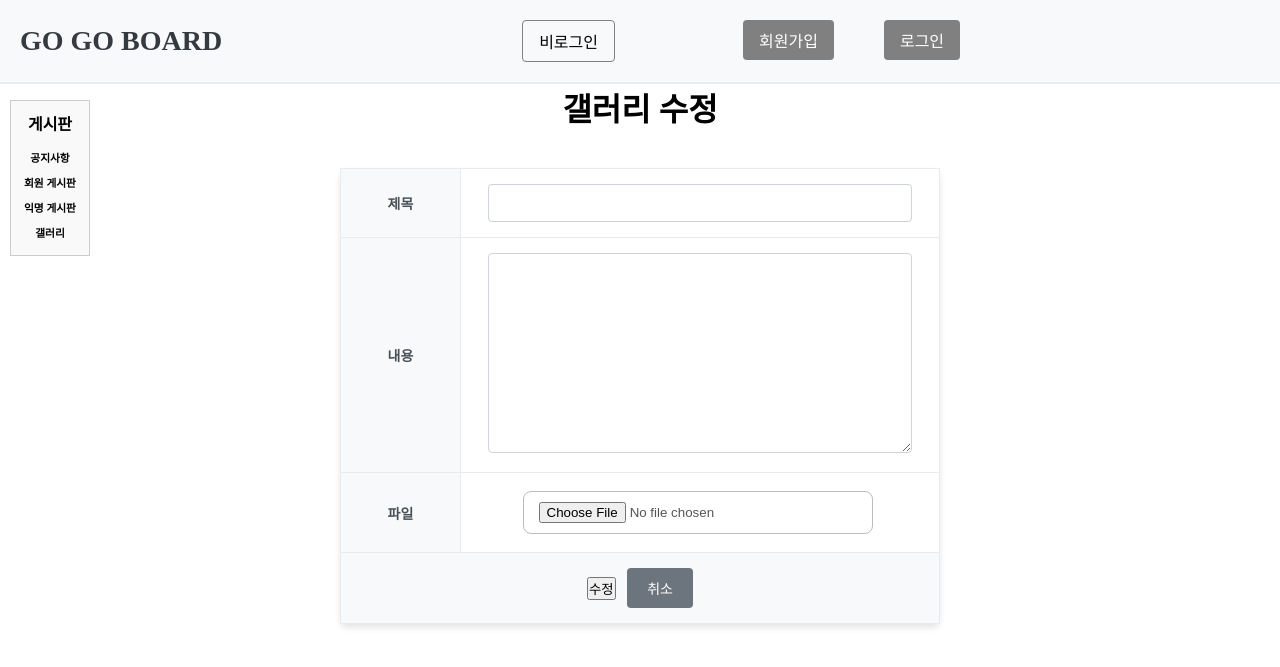
Repository: 1plus1equals3-true/Board-Project
Page: http://localhost/jsp/board/modify_gallery.jsp
These files come from the project's save history. The page is drawn as it stood at one moment and after the next save; the edit follows.
The browser window is 1280 px wide. The pictures show the whole page.
The page is served by Tomcat 9. Other server files are loaded and not shown. Queries for data that is not in the repository find no rows.

Above is the page before, as saved 2025-09-26 05:11:20.

### jsp/src/main/webapp/board/modify_gallery.jsp
<%@ page language="java" contentType="text/html; charset=UTF-8"
    pageEncoding="UTF-8"%>
<%@ page import="java.sql.*"%>
<%@ page import="java.util.Date" %>
<%@ page import="java.text.SimpleDateFormat" %>
<%@ page import="java.util.Arrays" %>
<%@ page import="lib.DB" %>
<!DOCTYPE html>
<html>
<head>
<meta charset="UTF-8">
<title>Modify</title>
<style>
*{
	margin: 0 auto;
	padding: 0;
	text-align: center;
	box-sizing: border-box;
}
.write-form table {
    width: 100%;
    border-collapse: collapse;
    font-size: 14px;
    margin: 20px auto;
    max-width: 600px;
    background-color: #fff;
    border: 1px solid #dee2e6;
    border-radius: 8px;
    box-shadow: 0 4px 6px rgba(0, 0, 0, 0.1);
}

.write-form td {
    padding: 15px;
    border: 1px solid #e9ecef;
}

.write-form td:first-child {
    background-color: #f8f9fa;
    font-weight: bold;
    color: #495057;
    text-align: center;
    width: 120px;
}

.write-form input[type="text"],
.write-form textarea {
    width: calc(100% - 24px);
    padding: 10px 12px;
    border: 1px solid #ced4da;
    border-radius: 4px;
    font-size: 14px;
    box-sizing: border-box;
    text-align: left;
}

.write-form textarea {
    height: 200px;
    resize: vertical;
}

.write-form .button-container {
    text-align: right;
}

.write-form input[type="submit"],
.write-form .btn-cancel {
    padding: 10px 20px;
    border: none;
    border-radius: 4px;
    font-size: 14px;
    cursor: pointer;
    transition: background-color 0.3s ease;
    margin-left: 8px;
}

.write-form input[type="submit"] {
    background-color: #007bff;
    color: white;
}

.write-form input[type="submit"]:hover {
    background-color: #0056b3;
}

.write-form .btn-cancel {
    background-color: #6c757d;
    color: white;
}

.write-form .btn-cancel:hover {
    background-color: #5a6268;
}

/* a 태그 안에 button을 넣었을 때 스타일 */
.write-form a {
    text-decoration: none;
}

.file-container {
  /* 세로 정렬(column) 대신 가로 정렬(row)로 변경 */
  display: flex;
  flex-direction: row;
  align-items: center; /* 세로 중앙 정렬 */
  gap: 5px; /* 요소들 사이의 간격 */

  /* 나머지 디자인 스타일은 그대로 유지 */
  padding: 3px;
  border-radius: 12px;
  background-color: white;
}

/* 파일 입력 필드 스타일 */
.file-container input[type="file"] {
  /* 너비가 너무 넓어지지 않도록 조정 */
  width: 100%;
  max-width: 350px; /* 적절한 너비로 조정하세요 */
  font-family: Arial, sans-serif;
  color: #555;
  border: 1px solid #BDBDBD;
  border-radius: 8px;
  padding: 10px 15px;
}

/* 버튼 스타일 */
.file-container button {
  padding: 10px 18px;
  font-family: Arial, sans-serif;
  font-size: 14px;
  color: #555;
  background-color: #E0E0E0;
  border: none;
  border-radius: 8px;
  cursor: pointer;
  transition: background-color 0.3s ease;
  width: fit-content;
}

/* 호버 효과 */
.file-container button:hover {
  background-color: #BDBDBD;
}

/* 기존파일 보여주는 박스 */
.file-item {
    display: flex;
    align-items: center;
    gap: 10px;
    padding: 5px 0;
}

/* 기존파일 이름 */
.file-name-display {
    flex-grow: 1;
    white-space: nowrap;
    overflow: hidden;
    text-overflow: ellipsis;
    text-align: left;
}

/* 기존파일 삭제버튼 */
.file-delete-btn {
	width: 20px;            /* 너비 지정 */
    height: 20px;           /* 높이 지정 (정사각형) */
    padding: 0;             /* 내부 여백 제거 */
    border: 1px solid #e0baba; /* 옅은 테두리 추가 */
    border-radius: 50%;     /* 원형으로 만듬 */
    background: #ffebeb;    /* 배경색 지정 */
    color: #cc4c4c;         /* 아이콘(X) 색상 지정 */
    font-size: 12px;        /* 아이콘(X) 크기 조절 */
    line-height: 18px;      /* 텍스트(X)를 세로 중앙에 정렬 */
    text-align: center;     /* 텍스트(X)를 가로 중앙에 정렬 */
    cursor: pointer;        /* 마우스 오버 시 포인터 변경 */
    flex-shrink: 0;
}

.file-delete-btn:hover {
	background: #ffdede; /* 배경색 살짝 어둡게 */
    color: #a03c3c;         /* 아이콘 색상 진하게 */
    border-color: #cc4c4c;
}
</style>
</head>
<body>
<%
String idx = request.getParameter("idx");

Connection conn=null;
Statement st = null;
ResultSet rs = null;
String sql = null;

try{
    conn = DB.getConnection();

   sql = " SELECT b.idx, b.title, b.content, b.ip, b.uid, b.boardtype, g.* FROM board b LEFT JOIN board_gallery g ON b.idx = g.bidx where b.idx = '"+idx+"' ";

   st = conn.createStatement();
   rs = st.executeQuery(sql);

  }catch(Exception e){
    e.printStackTrace();
    out.println(sql);
 }
String uid = "";
String title = "";
String content = "";
String ip = "";
String originalfile[] = new String[10];
String boardtype = "";
int i=0;
while (rs.next()) {

	title = rs.getString("title");
	content = rs.getString("content");
	ip = rs.getString("ip");
	uid = rs.getString("uid");
	originalfile[i] = rs.getString("originalfile");
	boardtype = rs.getString("boardtype");
	i++;
}
%>

<%@ include file="op_top.jsp" %>
<%@ include file="../include/side_nav.jsp" %>

<%

if (login_rank == 9) {

}else if (0 < login_rank && login_rank < 9) {
	if(login_id == null || !login_id.equals(uid)) {
		if (boardtype.equals("1") || boardtype.equals("0")) {
			%>
			<script>
			alert("권한 없음");
			location.replace("view.jsp?idx=<%= idx %>");
			</script>
			<%
			return;
		}
	}
}else {
	if (boardtype.equals("1") || boardtype.equals("0")) {
		%>
		<script>
		alert("권한 없음");
		location.replace("view.jsp?idx=<%= idx %>");
		</script>
		<%
		return;
	}
}

%>

<h1>갤러리 수정</h1><br>
<form name="modify_form" action="modify_proc.jsp" method="post" enctype="multipart/form-data" class="write-form">
	<input type="hidden" name="idx" value="<%= idx %>">
	<input type="hidden" name="ip" value="<%= ip %>">
	<table>

		<tr>
			<td>제목</td>
			<td><input type="text" name="writetitle" value="<%= title %>"></td>
		</tr>

		<tr>
			<td>내용</td>
			<td>
				<textarea class="text" name="writetext"><%= content %></textarea>
			</td>
		</tr>

		<tr>
			<td>파일</td>
			<td>



			<div id="keep_file">
			<%
				for (int j=0; j<i; j++) {
			%>
					<div class="file-item">
						<button type="button" class="file-delete-btn">X</button>
						<span class="file-name-display">기존 파일 : <%= originalfile[j] %></span>
						<input type="hidden" name="keep_file_<%= j %>" value="keep_file_<%= j %>">
					</div>
			<%
				}
			%>
			</div>

			<div id="del_file">

			</div>

			<div id="file_container_0" class="file-container">
			    	<input type="file" name="upfile_0" id="upfile_0" accept=".gif, .jpg, .png"><br>
			</div>

			</td>
		</tr>

		<tr>
			<td colspan="2">
				<input type="button" class="modify_sub" value="수정" onclick="gallery_modify_submit()">
				<a href="view.jsp?idx=<%= idx %>"><button type="button" class="btn-cancel">취소</button></a>
			</td>
		</tr>

	</table>
</form>

<script>
// X버튼 누르면 기존 파일 삭제하는 기믹
document.addEventListener('DOMContentLoaded', function() {
    // 1. 모든 'X' 버튼 선택
    const deleteButtons = document.querySelectorAll('#keep_file .file-delete-btn');

    // 2. 삭제된 파일을 모아둘 컨테이너 선택
    const deletedFilesContainer = document.getElementById('del_file');

    // 3. 각 버튼에 클릭 이벤트 리스너 등록
    deleteButtons.forEach(button => {
        button.addEventListener('click', function() {

            // ⭐ 4. 사용자에게 삭제 여부를 확인합니다.
            const isConfirmed = confirm("이 파일을 삭제하시겠습니까?");

            // 사용자가 '확인'을 눌렀을 때만 처리합니다.
            if (isConfirmed) {
                // A. 가장 가까운 .file-item 요소를 찾습니다.
                const fileItem = this.closest('.file-item');

                if (fileItem) {
                    // B. file-item 내부에 있는 input[type=hidden] 요소를 찾습니다.
                    const hiddenInput = fileItem.querySelector('input[type="hidden"]');

                    if (hiddenInput) {
                        // C. 서버에서 '삭제할 파일' 목록으로 인식하도록 name을 변경합니다.
                        hiddenInput.name = 'deleted_files';

                        // D. hidden input을 #del_file 컨테이너로 이동시킵니다.
                        deletedFilesContainer.appendChild(hiddenInput);
                    }

                    // E. 파일 항목 (시각적인 부분)을 DOM에서 완전히 제거합니다.
                    fileItem.remove();

                    console.log('파일 삭제 및 hidden input 이동 완료.');
                }
            } else {
                // 사용자가 '취소'를 누른 경우
                console.log('파일 삭제가 취소되었습니다.');
            }
        });
    });
});
</script>

</body>
</html>

### jsp/src/main/webapp/board/op_top.jsp
<%@ page language="java" contentType="text/html; charset=UTF-8"
    pageEncoding="UTF-8"%>
<%@ page import="java.sql.*" %>
<%@ page import="lib.DB" %>
<%
String login_id = "";
login_id = (String)session.getAttribute("ss_check");
String login_idx = "";
String login_name = "";
String login_upfile = "";
int login_rank = -1;

if(login_id == null || login_id.equals("") || login_id.equals("null")) {
}else {
	String sqll = null;
	Connection connl =null;
	PreparedStatement psl = null;
	ResultSet rsl = null;

	try {

		connl = DB.getConnection();

		sqll = "SELECT * FROM member WHERE uid=?";
		psl = connl.prepareStatement(sqll);
		psl.setString(1, login_id);

		rsl = psl.executeQuery();
		rsl.next();

		login_idx = rsl.getString("idx");
		login_name = rsl.getString("name");
		login_upfile = rsl.getString("upfile");
		login_rank = rsl.getInt("member_rank");

	}catch (Exception e) {
		out.println(e.toString());
		out.println(sqll);
	}
}

if (login_rank == 0) {
	%> <script type="text/javascript">
		alert("비활성화된 회원입니다.");
		location.replace("../member/Login.jsp")
	</script> <%
	session.removeAttribute("ss_check");
	return;
}

%>

<style>
.min-height {
	min-height: 80vh;
}
*{
	margin: 0 auto;
	padding: 0;
	text-align: center;
	box-sizing: border-box;
}
.board-header {
    background-color: #f8f9fa;
    border-bottom: 2px solid #e9ecef;
    padding: 20px;
    display: flex;
    justify-content: space-between;
    align-items: center;
    width: 100%;
    min-height: 10vh;
    margin: 0 auto;
}

.board-header h1 {
    font-size: 28px;
    color: #343a40;
    margin: 0;
    font-weight: bold;
    text-align: left;
}

.board-header h1 a {
	font-size: 28px;
    color: #343a40;
    margin: 0;
    font-weight: bold;
    text-decoration: none;
}

.board-header nav ul {
    list-style: none;
    padding: 0;
    margin: 0;
    display: flex;
    gap: 50px;
    text-align: right;
}

.board-header nav li a {
    text-decoration: none;
    /*color: #495057;*/
    font-size: 16px;
    font-weight: 500;
    transition: color 0.3s ease;
}

header img {
	width: 40px;
    height: 40px;
    border-radius: 4px;
    border: 1px solid #ced4da;
}

.logout-btn {
    display: inline-block;
    padding: 8px 16px;
    border: none;
    border-radius: 4px;
    background-color: gray;
    color: white;
    cursor: pointer;
    text-decoration: none;
    transition: background-color 0.3s ease;
}
.logout-btn:hover {
    background-color: #dc3545;
}

.mypage-btn {
    display: inline-block;
    padding: 8px 16px;
    border: none;
    border-radius: 4px;
    background-color: gray;
    color: white;
    cursor: pointer;
    text-decoration: none;
    transition: background-color 0.3s ease;
}
.mypage-btn:hover {
    background-color: #007bff;
}

.user-info {
    display: inline-block;
    padding: 8px 16px;
    border: 1px solid gray;
    border-radius: 4px;
    color: black;
    font-size: 16px;
    font-weight: 500;
    transition: background-color 0.3s ease;
}


</style>
<% if(login_id == null || login_id.equals("") || login_id.equals("null")) { %>
<header class="board-header">
    <h1><a href="../board_proc/main_proc.jsp">GO GO BOARD</a></h1>
    <nav>
        <ul>
            <li><span class="user-info">비로그인</span></li>
            <li> &nbsp; &nbsp; &nbsp; &nbsp; </li>
            <li><a href="../member/Join.jsp" class="mypage-btn">회원가입</a></li>
            <li><a href="../member/Login.jsp" class="mypage-btn">로그인</a></li>
        </ul>
    </nav>
</header>
<% }else { %>
<header class="board-header">
    <h1><a href="../board_proc/main_proc.jsp">GO GO BOARD</a></h1>
    <nav>
        <ul>
            <li><span class="user-info">이름 : <%= login_name %></span></li>
            <% if (login_upfile == null || login_upfile.equals("")) { %>
            	<li> &nbsp; &nbsp; &nbsp; &nbsp; </li>
            <% }else { %>
            	<li><img alt="X" src="../member/Download.jsp?uid=<%= login_id %>"></li>
            <% } %>
            <li><a href="../member/View.jsp?uid=<%= login_id %>" class="mypage-btn">마이페이지</a></li>
            <li><a href="../member/Logout.jsp" class="logout-btn">로그아웃</a></li>
        </ul>
    </nav>
</header>
<% } %>

### jsp/src/main/webapp/include/side_nav.jsp
<%@ page language="java" contentType="text/html; charset=UTF-8" pageEncoding="UTF-8"%>
<style>
.side-nav {
  /* fixed 속성으로 뷰포트에 바로 고정 */
  position: fixed;
  /* 뷰포트 상단에서 20px 떨어진 곳에 고정 */
  top: 100px;
  /* 뷰포트 왼쪽에서 20px 떨어진 곳에 고정 */
  left: 10px;
  width: 80px;
  height: fit-content;
  border: 1px solid #ccc;
  padding: 10px;
  background-color: #f9f9f9;
  z-index: 10;
}

.side-nav h6 {
  margin-top: 0;
}

.side-nav h4 {
  margin-top: 0;
  margin-bottom: 10px;
}

.side-nav ul {
  list-style-type: none;
  margin: 0;
  padding: 0;
}

.side-nav li {
  padding: 5px 0;
}
.side-nav a {
	color: black;
	text-decoration: none;
}
.side-nav a:hover {
	color: blue;
}
</style>

<div class="side-nav">
	<h4>게시판</h4>
	<ul>
		<li><h6><a href="../board/list_notice.jsp">공지사항</a></h6></li>
		<li><h6><a href="../board/list_member.jsp">회원 게시판</a></h6></li>
		<li><h6><a href="../board/list_anonymity.jsp">익명 게시판</a></h6></li>
		<li><h6><a href="../board/list_gallery.jsp">갤러리</a></h6></li>
	</ul>
</div>

<script>
    const draggableDiv = document.querySelector('.side-nav');
    let isDragging = false;
    let offsetX, offsetY;

    // 1. 페이지 로드 시 저장된 위치를 불러와 적용
    document.addEventListener('DOMContentLoaded', () => {
        // sessionStorage에서 위치 값 가져오기
        const savedTop = sessionStorage.getItem('sideNavTop');
        const savedLeft = sessionStorage.getItem('sideNavLeft');

        if (savedTop && savedLeft) {
            draggableDiv.style.top = savedTop + 'px';
            draggableDiv.style.left = savedLeft + 'px';
        }
    });

    // 2. 마우스를 누른 순간 (mousedown)
    draggableDiv.addEventListener('mousedown', (e) => {
        isDragging = true;
        offsetX = e.clientX - draggableDiv.getBoundingClientRect().left;
        offsetY = e.clientY - draggableDiv.getBoundingClientRect().top;

        document.body.style.userSelect = 'none';
        draggableDiv.style.zIndex = '9999';
    });

    // 3. 마우스가 이동 중일 때 (mousemove)
    document.addEventListener('mousemove', (e) => {
        if (!isDragging) return;

        let newX = e.clientX - offsetX;
        let newY = e.clientY - offsetY;

        // 뷰포트 경계를 넘지 않도록 위치 제한
        const maxX = window.innerWidth - draggableDiv.offsetWidth;
        const maxY = window.innerHeight - draggableDiv.offsetHeight;
        newX = Math.max(0, Math.min(newX, maxX));
        newY = Math.max(0, Math.min(newY, maxY));

        draggableDiv.style.left = newX + 'px';
        draggableDiv.style.top = newY + 'px';
    });

    // 4. 마우스를 떼는 순간 (mouseup)
    document.addEventListener('mouseup', () => {
        isDragging = false;
        document.body.style.userSelect = '';
        draggableDiv.style.zIndex = '10';

        // 마지막으로 이동된 위치를 sessionStorage에 저장
        sessionStorage.setItem('sideNavTop', parseInt(draggableDiv.style.top));
        sessionStorage.setItem('sideNavLeft', parseInt(draggableDiv.style.left));
    });
</script>

### jsp/src/main/java/lib/DB.java
package lib;

import java.net.URLDecoder;
import java.net.URLEncoder;
import java.nio.charset.StandardCharsets;
import java.sql.*;

public class DB {

   public static Connection getConnection() throws Exception{

      String jdbcUrl = "jdbc:mysql://localhost:3306/jsp_db";
      String dbId = "user"; // 설정된 id
      String dbPass = "1234"; // 설정된 password

      Class.forName("com.mysql.cj.jdbc.Driver");
      Connection con = DriverManager.getConnection(jdbcUrl,dbId ,dbPass);

      return con;
   }

   public static String  Encoder(String text) {
	   if (text != null){
			try{
				return URLEncoder.encode(text, StandardCharsets.UTF_8);
			}catch(Exception e){
				e.printStackTrace();
				return "";
			}
		}else {
			return "";
		}
   }

   public static String  Decoder(String text) {
	   if (text != null){
			try{
				return URLDecoder.decode(text, StandardCharsets.UTF_8);
			}catch(Exception e){
				e.printStackTrace();
				return "";
			}
		}else {
			return "";
		}
   }

   public static String errMsg(String alert, String loc) {
	   if(loc.equals("back")) {
		   return "<script> alert(\""+alert+"\"); history.back(); </script>";
	   }
	   return "<script> alert(\""+alert+"\"); location.replace(\""+loc+"\"); </script>";
   }
}

After the next save:
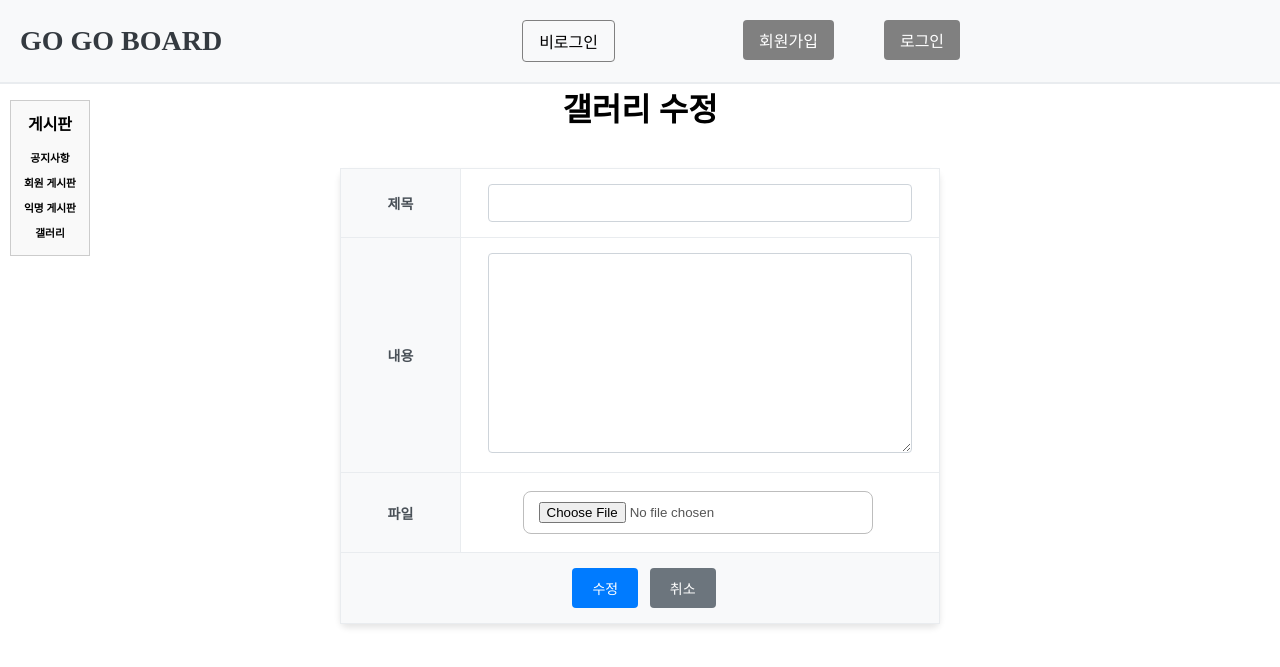
Saved 39 s later.
--- a/jsp/src/main/webapp/board/modify_gallery.jsp
+++ b/jsp/src/main/webapp/board/modify_gallery.jsp
@@ -62,7 +62,7 @@
     text-align: right;
 }
 
-.write-form input[type="submit"],
+.write-form .modify_sub,
 .write-form .btn-cancel {
     padding: 10px 20px;
     border: none;
@@ -73,12 +73,12 @@
     margin-left: 8px;
 }
 
-.write-form input[type="submit"] {
+.write-form .modify_sub {
     background-color: #007bff;
     color: white;
 }
 
-.write-form input[type="submit"]:hover {
+.write-form .modify_sub:hover {
     background-color: #0056b3;
 }
 
